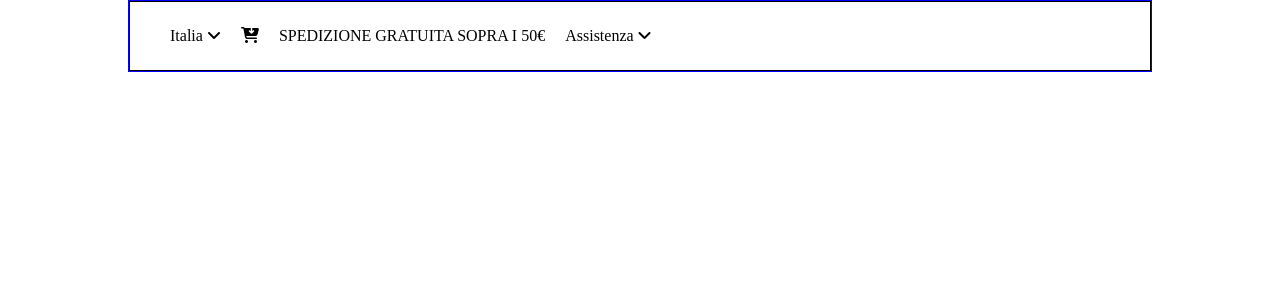
Repository: jacoporm1989/studioFlexbox
Page: FLEXBOX/header+navbar+hero1/index.html
These files come from the project's save history. The page is drawn as it stood at one moment and after the next save; the edit follows.
The browser window is 1280 px wide. The pictures show the whole page.

Above is the page before, as saved 2026-06-15 15:43:34.

After the next save:
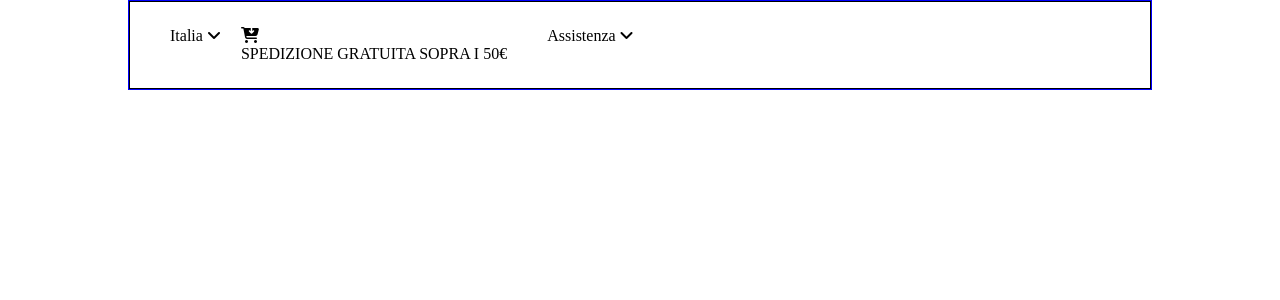
Saved 14 s later.
--- a/FLEXBOX/header+navbar+hero1/index.html
+++ b/FLEXBOX/header+navbar+hero1/index.html
@@ -26,9 +26,10 @@
                             </a>
 
                     </li>
-                    <li><i class="fa-solid fa-cart-arrow-down"></i></li>
+                    <li><i class="fa-solid fa-cart-arrow-down"></i>
+                    <p>SPEDIZIONE GRATUITA SOPRA I 50€</p></li>
                     <li>
-                        <p>SPEDIZIONE GRATUITA SOPRA I 50€</p>
+
                     </li>
                     <li><a href="">Assistenza
 
